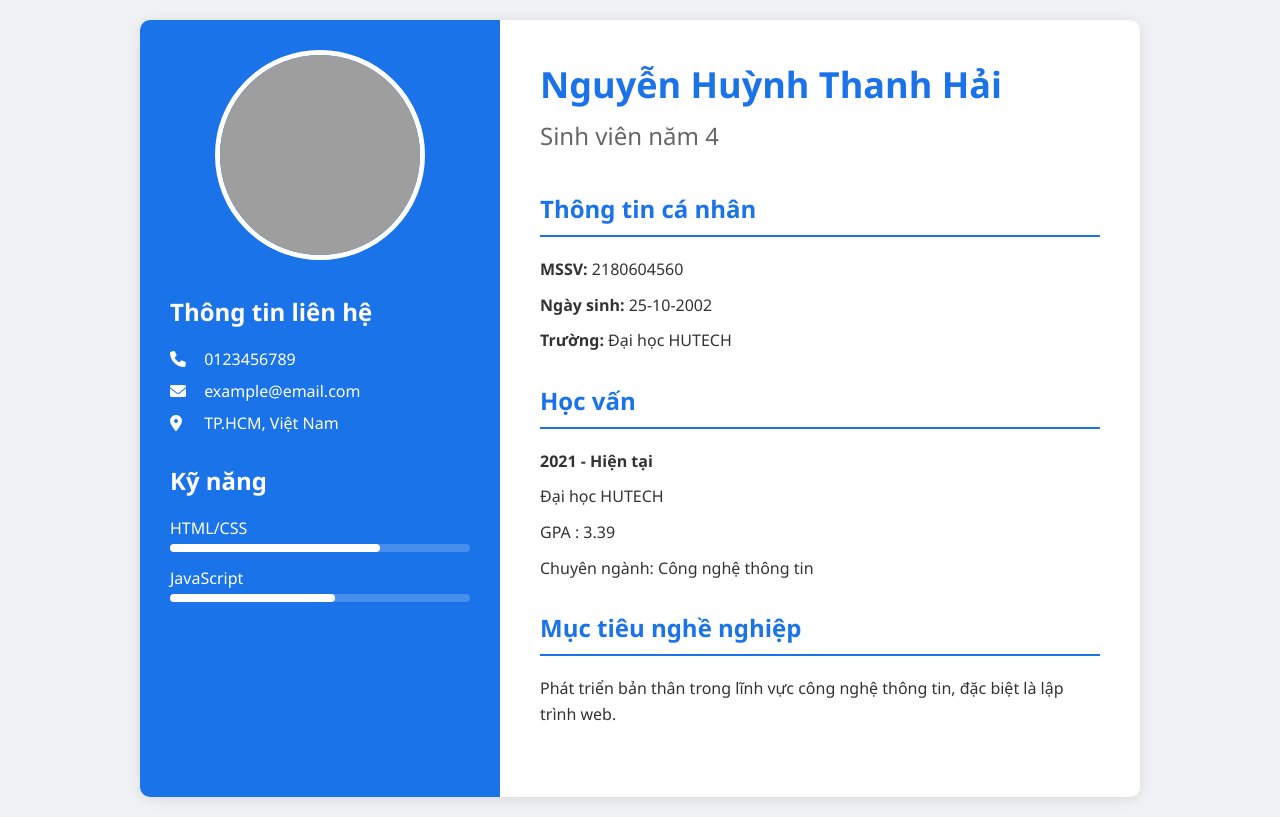
Repository: Haimichi/haimichi.github.io
Page: index.html
An editor plug-in stored every save of this project. The page is shown before and after the next save, followed by the edit.
The browser window is 1280 px wide. The pictures show the whole page.
Pictures or frames that could not be fetched are drawn as grey boxes.

Above is the page before, as saved 2025-03-04 10:38:18.

After the next save:
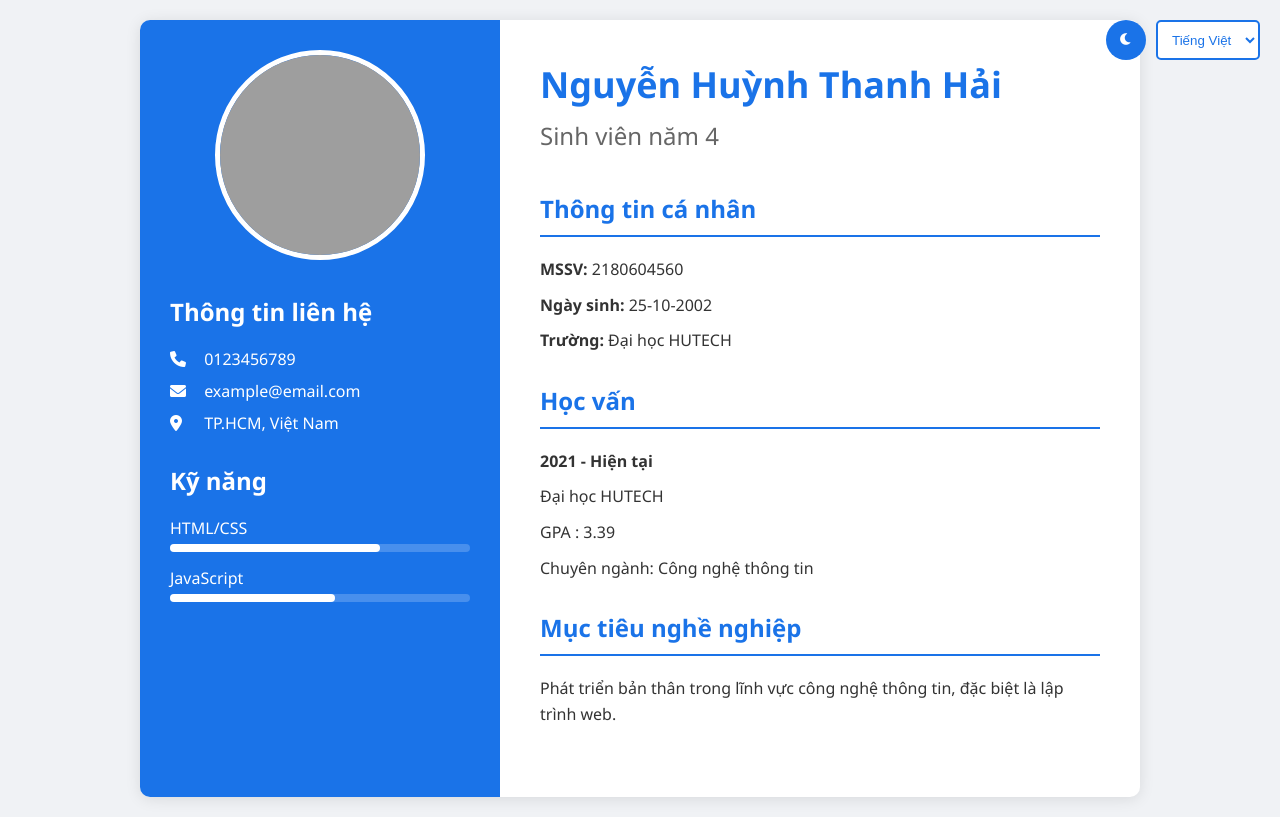
Saved 2 s later.
--- a/index.html
+++ b/index.html
@@ -8,6 +8,15 @@
     <link rel="stylesheet" href="https://cdnjs.cloudflare.com/ajax/libs/font-awesome/6.0.0/css/all.min.css">
 </head>
 <body>
+    <div class="theme-controls">
+        <button id="themeToggle" class="theme-btn">
+            <i class="fas fa-moon"></i>
+        </button>
+        <select id="languageSelect" class="lang-select">
+            <option value="vi">Tiếng Việt</option>
+            <option value="en">English</option>
+        </select>
+    </div>
     <div class="container">
         <div class="cv-container">
             <div class="left-column">
@@ -75,4 +84,58 @@
         </div>
     </div>
 </body>
+<script>
+const translations = {
+    en: {
+        title: "Contact Information",
+        skills: "Skills",
+        personalInfo: "Personal Information",
+        education: "Education",
+        career: "Career Objectives",
+        studentId: "Student ID",
+        dob: "Date of Birth",
+        university: "University",
+        major: "Major",
+        present: "Present"
+    },
+    vi: {
+        title: "Thông tin liên hệ",
+        skills: "Kỹ năng",
+        personalInfo: "Thông tin cá nhân",
+        education: "Học vấn",
+        career: "Mục tiêu nghề nghiệp",
+        studentId: "MSSV",
+        dob: "Ngày sinh",
+        university: "Trường",
+        major: "Chuyên ngành",
+        present: "Hiện tại"
+    }
+};
+
+// Theme Toggle
+const themeToggle = document.getElementById('themeToggle');
+themeToggle.addEventListener('click', () => {
+    document.body.classList.toggle('dark-theme');
+    const icon = themeToggle.querySelector('i');
+    if (document.body.classList.contains('dark-theme')) {
+        icon.classList.replace('fa-moon', 'fa-sun');
+    } else {
+        icon.classList.replace('fa-sun', 'fa-moon');
+    }
+});
+
+// Language Toggle
+const languageSelect = document.getElementById('languageSelect');
+languageSelect.addEventListener('change', (e) => {
+    const lang = e.target.value;
+    updateLanguage(lang);
+});
+
+function updateLanguage(lang) {
+    document.querySelector('.contact-info h2').textContent = translations[lang].title;
+    document.querySelector('.skills h2').textContent = translations[lang].skills;
+    document.querySelector('.section h2').textContent = translations[lang].personalInfo;
+    // Update other elements...
+}
+</script>
 </html>
